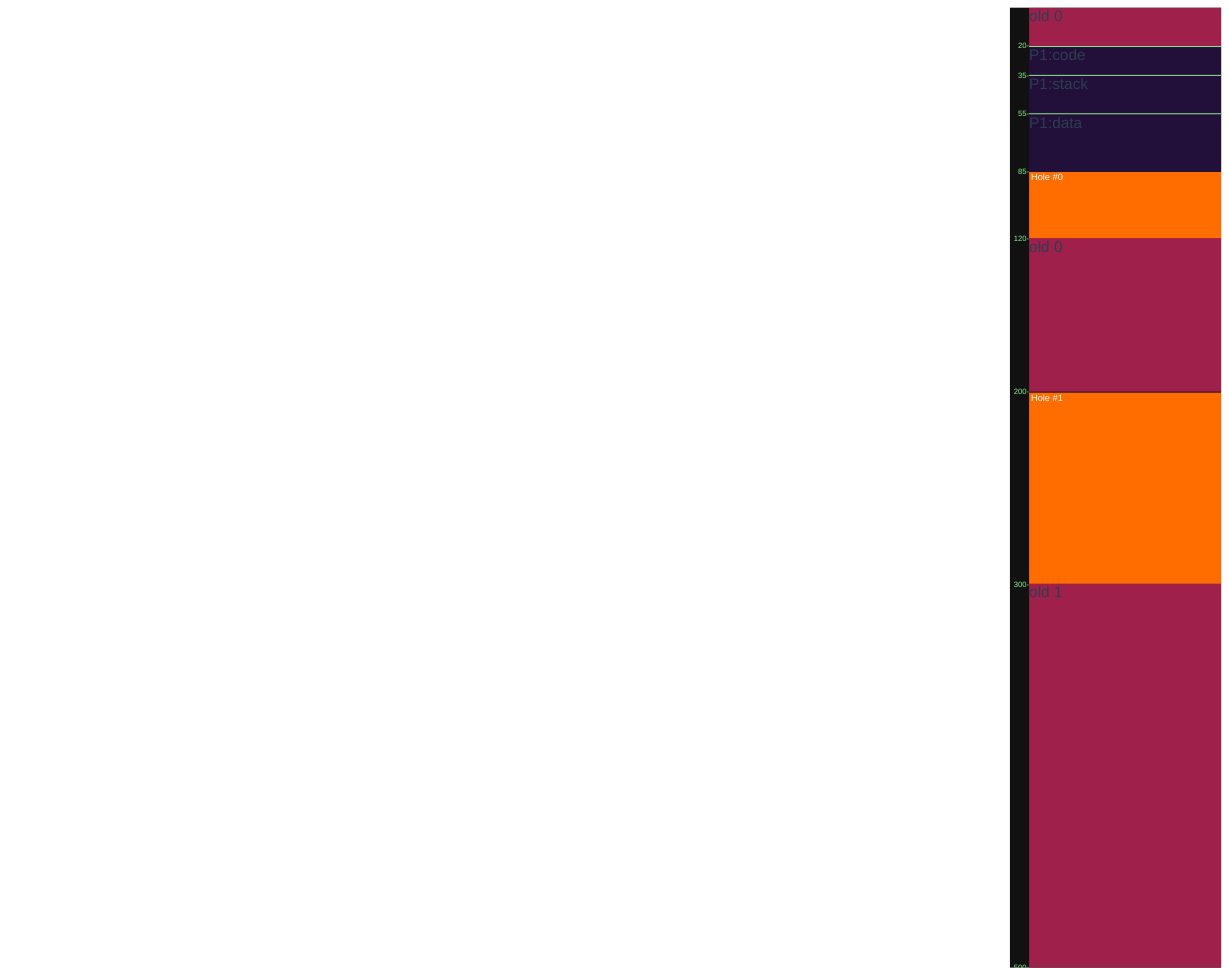
Repository: atout811/memory-allocation-project
Page: /#/final
These files come from the project's save history. The page is drawn as it stood at one moment and after the next save; the edit follows.
The browser window is 1280 px wide. The pictures show the whole page, at 96% of full size.
The project was rebuilt for these pictures with package versions that can differ from the ones it lists, and the page was loaded fresh each time. Also part of the build but not shown: src/views/MemoryAndHoles.vue, src/views/Process.vue, src/views/Methods.vue.

Above is the page before, as saved 2021-06-09 21:27:00.

### src/App.vue
<template>
  <router-view v-slot="{ Component }">
    <transition name="fade" mode="out-in">
      <component :is="Component" />
    </transition>
  </router-view>
</template>
<script>
import MemHole from "./views/MemoryAndHoles.vue";
export default {
  name: "App",
  components: { MemHole },
};
</script>
<style lang="scss">
#app {
  font-family: Avenir, Helvetica, Arial, sans-serif;
  -webkit-font-smoothing: antialiased;
  -moz-osx-font-smoothing: grayscale;
  text-align: center;
  color: #2c3e50;
  display: flex;
  flex-direction: column;
  align-items: center;
}
a {
  font-weight: bold;
  color: #42b983;

  &.router-link-exact-active {
    color: #42b983;
  }
}
.fade-enter-active,
.fade-leave-active {
  transition: opacity 0.5s ease;
}
.fade-enter-from, .fade-leave-to /* .fade-leave-active below version 2.1.8 */ {
  opacity: 0;
}
</style>

### src/router/index.js
import { createRouter, createWebHashHistory } from "vue-router";
import Process from "../views/Process";
import MemoryAndHoles from "../views/MemoryAndHoles";
import Methods from "../views/Methods";
import Final from "../views/Final";

const routes = [
  {
    path: "/",
    name: "Home",
    component: MemoryAndHoles,
  },
  {
    path: "/process",
    name: "Process",
    component: Process,
  },
  {
    path: "/methods",
    name: "Methods",
    component: Methods,
  },
  {
    path: "/final",
    name: "Final",
    component: Final,
  },
];

const router = createRouter({
  history: createWebHashHistory(),
  routes,
});

export default router;

### src/store/index.js
import { createStore } from "vuex";

export default createStore({
  state: {
    input: {
      memSize: 500,
      Holes: [
        { starting: 20, size: 100 },
        { starting: 200, size: 100 },
      ],
      Processes: [
        // {
        //   name: "P0",
        //   segments: [
        //     { name: "code", size: 10 },
        //     { name: "stack", size: 20 },
        //     { name: "data", size: 20 },
        //   ],
        // },
        {
          name: "P1",
          segments: [
            { name: "code", size: 15 },
            { name: "stack", size: 20 },
            { name: "data", size: 30 },
          ],
        },
      ],
      Method: "first-fit",
    },
  },
  mutations: {},
  actions: {},
  modules: {},
});

### src/views/Final.vue
<template>
  <div class="memory"></div>
</template>

<script>
export default {
  name: "Final",

  data() {
    return {
      data: this.$store.state.input,
    };
  },
  mounted: function () {
    const memory = document.querySelector(".memory");
    const scale = 2;

    let totalMemorySize = this.data.memSize;
    // const submitbtn = document.getElementById("submit")
    // const memSize = document.getElementById("memSize")
    // submitbtn.onclick=()=>{
    //     let val = memSize.value
    //     let intval = parseInt(val)
    //     memSize.value =intval
    //     totalMemorySize=intval
    //     renderMemory()
    // }
    // let holes = [
    //   [140, 100],
    //   [40, 80],
    //   [260, 50],
    //   [340, 30],
    //   [400, 80],
    //   [450, 60],
    //   [510, 20],
    // ];
    let holes = this.data.Holes.map((item) => [item.starting, item.size]);

    function orderHoles() {
      holes = holes.sort((a, b) => a[0] - b[0]);
    }
    function renderMemory() {
      memory.style.height = `${totalMemorySize * scale}px`;
    }
    renderMemory();
    // let processes = [
    //   [null, { code: [10], data: [30], stack: [16] }, "p1"],
    //   [null, { code: [15], data: [30], stack: [25] }, "p3"],
    //   [null, { code: [10], data: [40], stack: [18] }, "p2"],
    //   [null, { code: [12], data: [10], stack: [12] }, "p4"],
    // ]; //start,size,name
    // let segmetns = this.data.Processes.segments
    let obj = {};
    let test = this.data.Processes.map((item) => [
      null,
      item.segments.forEach((el) => {
        obj[el.name] = [Number(el.size)];
      }),
      item.name,
    ]);
    console.log("testoooooo: ", test);
    let processes = test.map((item) => [null, obj, item[2]]);
    let OldProcess = [];
    console.log("processess: ", processes);

    function generateOldProcess() {
      const firstHoleStart = holes[0][0];

      if (firstHoleStart > 0) OldProcess.push([0, firstHoleStart, `old ${0}`]);

      for (let h = 0; h < holes.length; h++) {
        const holeStart = holes[h][0];
        const HoleSize = holes[h][1];
        const HoleEnd = holeStart + HoleSize;

        if (h === holes.length - 1) {
          const lastHole = totalMemorySize - HoleEnd;
          if (HoleEnd < totalMemorySize)
            OldProcess.push([HoleEnd, lastHole, `old ${h}`]);
        } else {
          const nextStart = holes[h + 1][0];
          OldProcess.push([HoleEnd, nextStart - HoleEnd, `old ${h}`]);
        }
      }
    }
    // alert(holes[0][0])
    function renderHoles(type, holes) {
      // holes ==>
      for (let hole = 0; hole < holes.length; hole += 1) {
        const startingIndex = holes[hole][0];
        const size = holes[hole][1];

        // alert(hole)
        const holeBox = document.createElement("div");
        if (type === "old") {
          holeBox.innerText = holes[hole][2];
          holeBox.classList.add("oldProcess");
        } else if (type === "hole") {
          holeBox.innerText = "Hole #" + hole;
          holeBox.classList.add("hole");
        } else if (type === "process") {
          holeBox.innerText = holes[hole][2];
          holeBox.classList.add("process");
        }

        holeBox.style.top = `${startingIndex * scale}px`;
        holeBox.style.height = `${size * scale}px`;
        const endSize = document.createElement("span");
        const endSizeContainer = document.createElement("div");
        endSizeContainer.classList.add("endSizeContainer");
        endSizeContainer.appendChild(endSize);
        endSize.innerText = startingIndex + size;

        endSize.classList.add("holeEndIndex");
        if (startingIndex !== null) {
          holeBox.appendChild(endSizeContainer);
          memory.appendChild(holeBox);
        } else {
          // ERROR THE PROCESS CAN'T BE ALLOCATED
        }
      }
    }

    const totalProcessSize = (process) =>
      Object.values(process).reduce((prev, acc) => prev + acc);

    function allocate() {
      for (let p = 0; p < processes.length; p++) {
        // DON'T TOUCH MY SHIT 😡😡😡
        firstFit(processes[p]);
      }
    }

    function firstFit(p, totalProcessSize) {
      // forEach segment loop over the holes
      // create a temp allocation array
      // that array
      // const size =totalProcessSize
      const [IsAllocated, segments, processName] = p;

      let tempHoles = [...holes];
      console.log("tempHoles", tempHoles);

      Object.entries(segments).forEach(([name, value]) => {
        console.log("yalalaaaghwwyyy", value);
        tempHoles.every((hole, index) => {
          const [holeStart, holeSize] = hole;
          let [size, segmentStartingIndex] = value;

          if (size <= holeSize) {
            value[1] = tempHoles[index][0];
            const segEnd = size + holeStart;
            tempHoles[index][0] = segEnd;
            tempHoles[index][1] = tempHoles[index][1] - size;

            return false;
          } else {
            return true;
          }
        });
      });
      console.log("Segmeeeeeenttttttts", segments);
      // segments.forEach(({ size }) => {
      //   tempHoles.every((hole, index) => {
      //     const [holeStart, holeSize] = hole;
      //     // let [size, segmentStartingIndex] = value;

      //     if (size <= holeSize) {
      //       size = tempHoles[index][0];
      //       const segEnd = size + holeStart;
      //       tempHoles[index][0] = segEnd;
      //       tempHoles[index][1] = tempHoles[index][1] - size;
      //       return false;
      //     } else {
      //       return true;
      //     }
      //   });
      // });

      // if(size<holeSize){
      //     p[0] = holeStart
      //     const processEnd = holeStart+size
      //     holes[h][0] = processEnd
      //     holes[h][1]= holes[h][1] - size
      //     return
      //     //update the hole
      // }

      console.log("PROCESS", processes);
    }

    function renderProcess() {
      processes.forEach((p) => {
        // if(accumalatedStartingIndex!==undefined){

        // loop over segments:
        Object.keys(p[1]).forEach((s) => {
          console.log("SEGMEMT", [p[1][s][1], [p[1][s]][0]]);
          renderHoles("process", [[p[1][s][1], p[1][s][0], `${p[2]}:${s}`]]);
          // accumalatedStartingIndex+=p[1][s]
        });
        // }else{
        // PROCESS CAN NOT BE ALLOCATED (NO ENGOUGH SPACE!)
        // }
      });
    }

    function concateHoles() {
      holes.forEach((h, index) => {
        const [start, size] = h;
        if (index < holes.length - 1) {
          const end = start + size;
          const [nextStart, nextSize] = holes[index + 1];
          if (end >= nextStart) {
            holes[index][1] = nextStart + nextSize - start;
            holes = [...holes.slice(0, index + 1), ...holes.slice(index + 2)];
            concateHoles();
          }
        }
      });
    }

    function deleteProcess(processName, isOld) {
      // create a hole
      let start, ProcessSize, AfterDelete, segments;
      if (isOld) {
        // deleteProcess()
        const processIndex = OldProcess.findIndex((p) => p[2] === processName);
        AfterDelete = [
          ...OldProcess.slice(0, processIndex),
          ...OldProcess.slice(processIndex + 1),
        ];
        // [start,segments,name] =processes[processIndex]
        start = OldProcess[processIndex][0];
        ProcessSize = OldProcess[processIndex][1];

        OldProcess = AfterDelete;
        holes.push([start, ProcessSize]);
      } else {
        const processIndex = processes.findIndex((p) => p[2] === processName);
        console.log("INDDDEX", processIndex);
        AfterDelete = [
          ...processes.slice(0, processIndex),
          ...processes.slice(processIndex + 1),
        ];
        //  recover Holes
        const [starter, segments] = processes[processIndex];
        Object.values(segments).forEach(([size, starting]) => {
          console.log(size, starting);
          holes.push([starting, size]);
        });
        processes = AfterDelete;
      }

      orderHoles();
      concateHoles();
      // [null,{code:10,data:30,stack:16},"p1"]
      render();
    }
    orderHoles();
    concateHoles();
    generateOldProcess();
    // deleteProcess("old 0",true)
    // deleteProcess("old 2",true)

    function clear() {
      while (memory.firstChild) {
        memory.removeChild(memory.lastChild);
      }
    }
    allocate();
    function render() {
      clear();
      renderHoles("hole", holes);
      renderHoles("old", OldProcess);
      renderProcess();
    }
    render();
    // deleteProcess("p2", false);
    // deleteProcess("p1", false);
    // deleteProcess("p4", false);
  },
};
</script>

<style scoped >
.memory {
  background-color: #111;
  /* padding: 20px; */
  /* border-radius: 5px; */
  display: flex;
  flex-direction: column;
  width: 200px;
  align-self: flex-end;
  height: 1150px;
  /* top: 5%; */
  position: absolute;
  padding-left: 20px;
  overflow: hidden;
}
.memory >>> .hole {
  background-color: #ff6c00;
  /* border: 0.7px solid #0f0; */

  margin-top: 1px;
  /* height: 100px; */
  display: flex;
  /* align-self: center; */
  width: 100%;

  /* align-items: center; */
  /* justify-content: center; */
  position: absolute;
}
.memory >>> .oldProcess {
  background-color: #a0204c;
  /* border: 0.7px solid darkred; */
  display: flex;

  width: 100%;
  position: absolute;
}
.memory >>> .process {
  background-color: #23103a;
  /* border-bottom: 0.7px solid #eae7af; */
  border-top: 0.7px solid lightgreen;
  display: flex;
  width: 100%;
  position: absolute;
}

.memory >>> .hole,
.oldProcess,
.process {
  font-size: 0.6rem;
  text-transform: capitalize;
  padding-left: 2px;
  color: #fff;
}

.memory >>> .endSizeContainer {
  /* background-color: red !important; */
  width: 20px;
  z-index: 1000;
  color: lightgreen !important;
  color: #ccc;
  font-size: 0.5rem;

  position: absolute;
  top: calc(100% - 5.4px);
  text-align: right;
  display: block;
  left: -20px;
}
.memory >>> .holeEndIndex::after {
  content: "-";
}
</style>

Loaded but not shown: public/index.html (common file); src/main.js (common file)

After the next save:
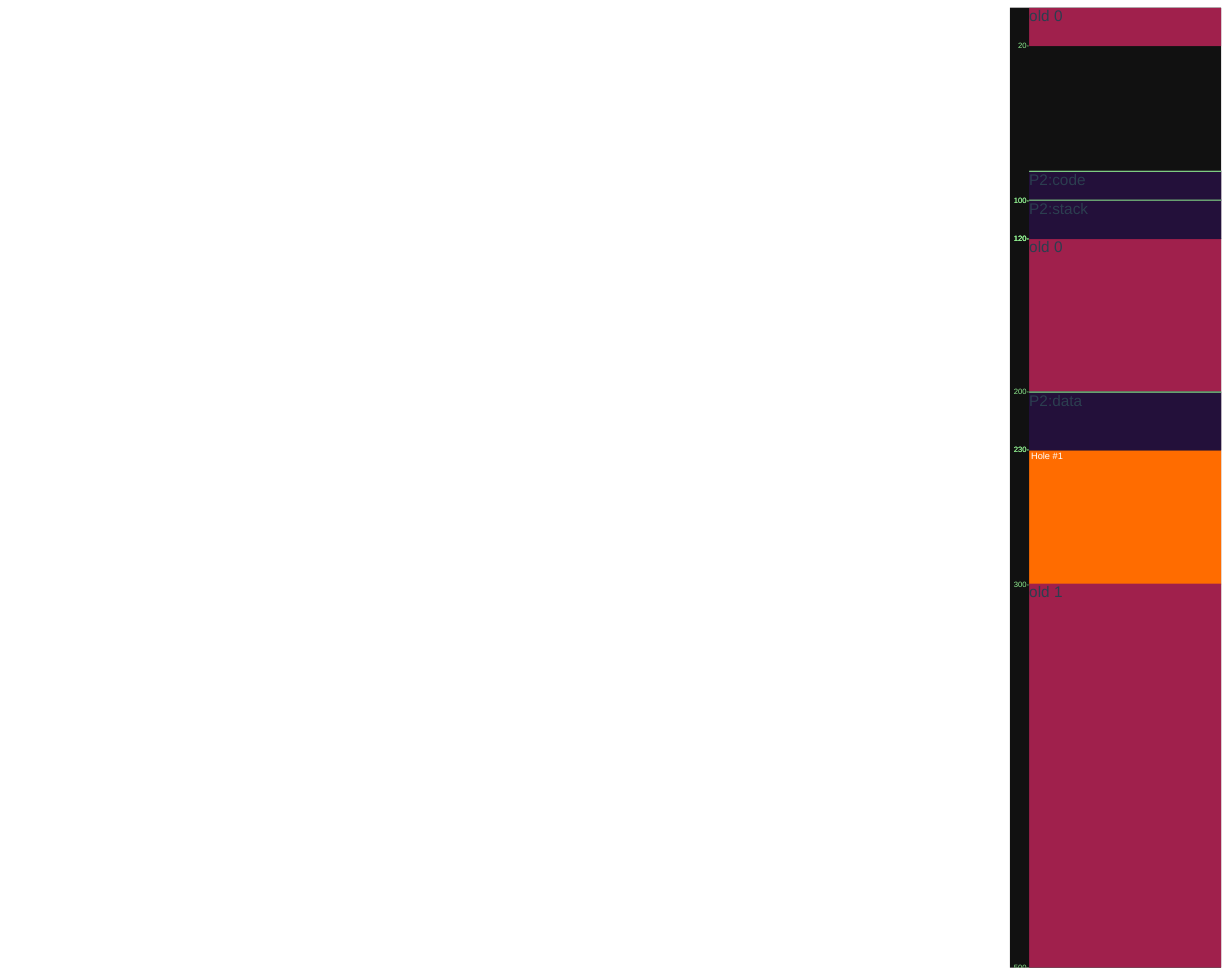
Saved 72 s later.
--- a/src/store/index.js
+++ b/src/store/index.js
@@ -25,6 +25,14 @@ export default createStore({
             { name: "data", size: 30 },
           ],
         },
+        {
+          name: "P2",
+          segments: [
+            { name: "code", size: 15 },
+            { name: "stack", size: 20 },
+            { name: "data", size: 30 },
+          ],
+        },
       ],
       Method: "first-fit",
     },
